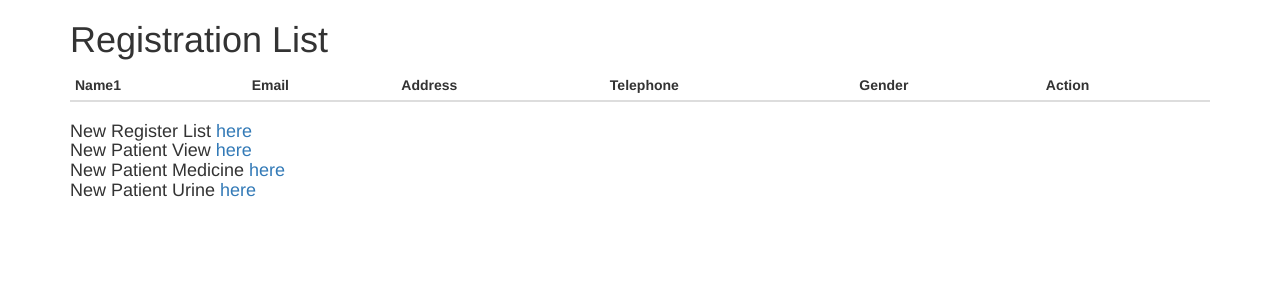
Repository: SACHINnANYAKKARA/2nd_Year_final_Project
Page: http://localhost/SpringMVCHibernateCRUD/WEB-INF/pages/home.jsp
These files come from the project's save history. The page is drawn as it stood at one moment and after the next save; the edit follows.
The browser window is 1280 px wide. The pictures show the whole page.
The page is served by Tomcat 9. Nobody is signed in. The template is opened directly, without the code that normally fills it, so the values that code supplies are empty.

Above is the page before, as saved 2018-03-29 11:33:06.

After the next save:
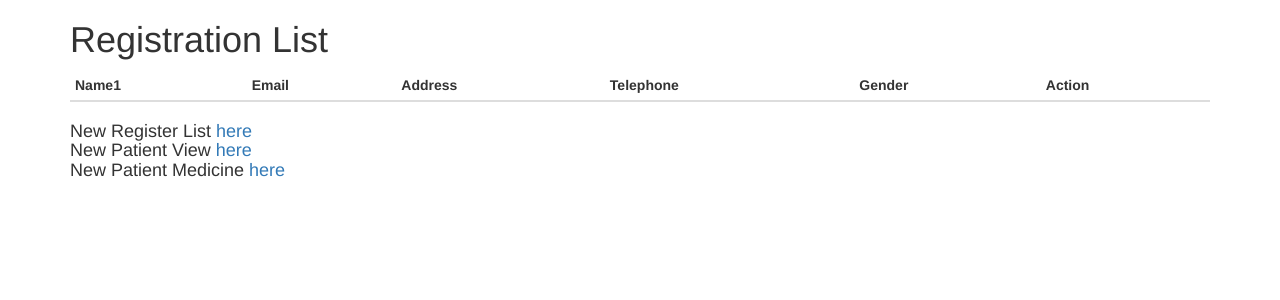
Saved 56 s later.
--- a/SpringMVCHibernateCRUD/src/main/webapp/WEB-INF/pages/home.jsp
+++ b/SpringMVCHibernateCRUD/src/main/webapp/WEB-INF/pages/home.jsp
@@ -53,7 +53,7 @@
 		    <br>
 		    New Patient Medicine <a href="PatientsMedicines">here</a>
 		    <br>
-		     New Patient Urine <a href="UrineView">here</a>
+
 
 
 
